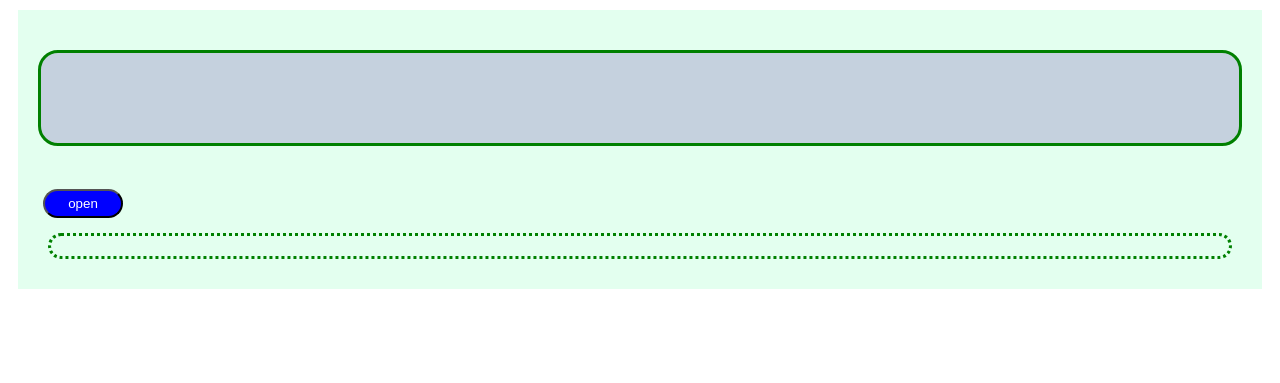
Repository: ypyp0205/jquery
Page: jqpro/WebContent/0207/jqTest2.html
The author's editor kept a copy of each file at every save. The page is drawn from the files as they stood at one save, then again after the next save.
The browser window is 1280 px wide. The pictures show the whole page.

Above is the page before, as saved 2020-02-07 05:15:34.

### jqpro/WebContent/0207/jqTest2.html
<!DOCTYPE html>
<html>
<head>
<meta charset="UTF-8">
<title>Insert title here</title>
<link rel="stylesheet" href="../CSS/mystyle.css">
<script type="text/javascript">
	function proc1() {

	}
</script>
</head>
<body>

	<div class="box">
		<h2></h2>
		<pre>

		</pre>
		<br>
		<button type="button" onclick="proc1()">open</button>
		<br>
		<div id="result1"></div>
	</div>
</body>
</html>

### jqpro/WebContent/CSS/mystyle.css
@CHARSET "UTF-8";

pre {
	height: auto;
	background: #efffef;
	border: 3px solid green;
	font-size: 20px;
	padding: 10px;
	border-radius: 20px;
}

.box {
	background: #e3ffef;
	margin: 10px;
	height: auto;
	padding: 20px;
}

.box div {
	border: 3px dotted green;
	height: auto;
	margin: 10px;
	padding: 10px;
	border-radius: 20px;
}

.box button {
	color: white;
	background: blue;
	padding: 5px;
	margin: 5px;
	width: 80px;
	border-radius: 40px;
}

.box pre {
	padding: 15px;
	color: blue;
	background: rgb(197, 209, 222);
	line-height: 1.5em;
	font-weight: bold;
	}

Loaded but not shown: jqpro/WebContent/js/jquery-3.4.1.min.js (library)

After the next save:
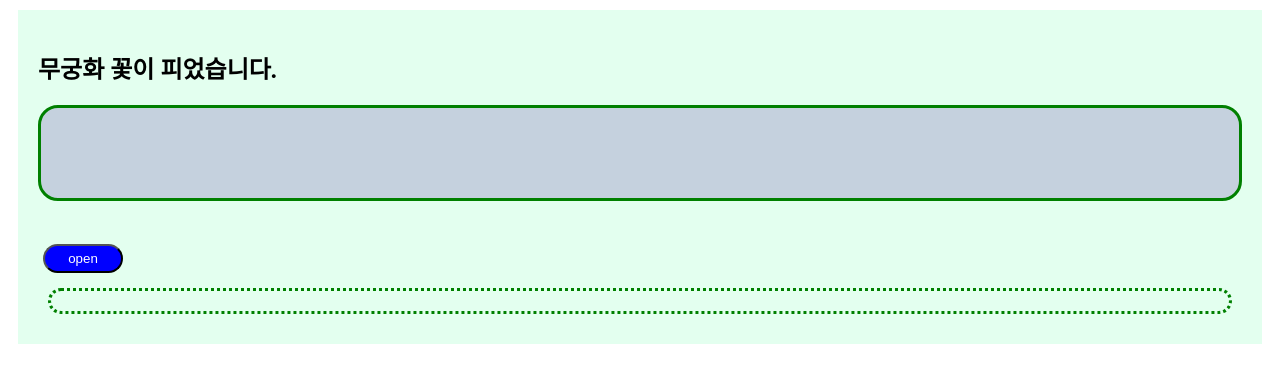
Saved 61 s later.
--- a/jqpro/WebContent/0207/jqTest2.html
+++ b/jqpro/WebContent/0207/jqTest2.html
@@ -4,16 +4,17 @@
 <meta charset="UTF-8">
 <title>Insert title here</title>
 <link rel="stylesheet" href="../CSS/mystyle.css">
-<script type="text/javascript">
-	function proc1() {
 
-	}
+<script src="../js/jquery-3.4.1.min.js" type="text/javascript">
+
+
+
 </script>
 </head>
 <body>
 
 	<div class="box">
-		<h2></h2>
+		<h2>무궁화 꽃이 피었습니다.</h2>
 		<pre>
 
 		</pre>
